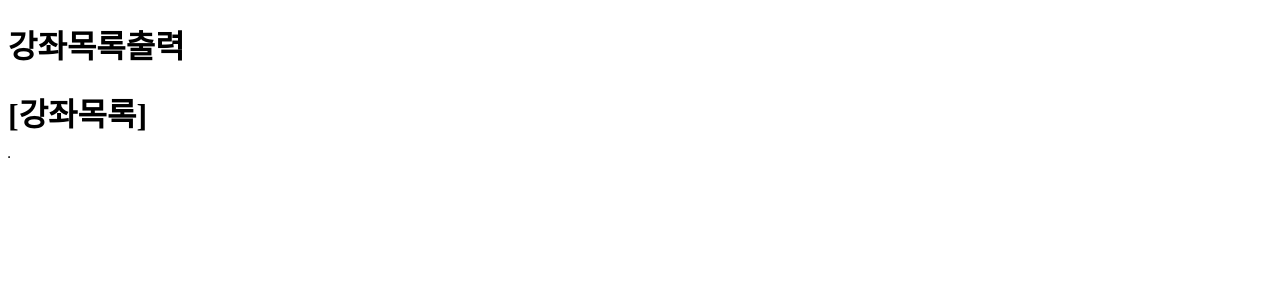
Repository: whwlsghkstm/html
Page: http://localhost/Ex0504/list.jsp
The author's editor kept a copy of each file at every save. The page is drawn from the files as they stood at one save, then again after the next save.
The browser window is 1280 px wide. The pictures show the whole page.
Some web libraries are served in a nearby version. The page is served by Tomcat 9. Queries for data that is not in the repository find no rows.

Above is the page before, as saved 2020-05-04 04:17:25.
Console error (its wording comes from the project's code and is left out).

After the next save:
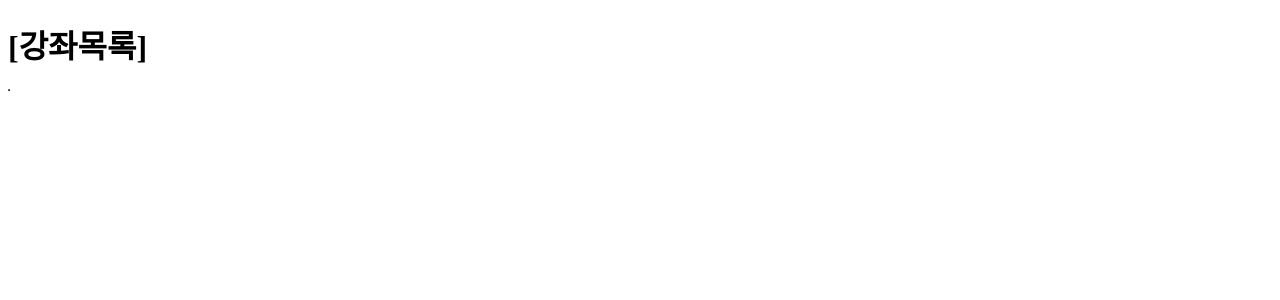
Saved 17 s later.
--- a/Ex0504/WebContent/list.jsp
+++ b/Ex0504/WebContent/list.jsp
@@ -9,8 +9,6 @@
 	<script src="https://cdnjs.cloudflare.com/ajax/libs/handlebars.js/3.0.1/handlebars.js"></script>
 </head>
 <body>
-	<h1>강좌목록출력</h1>
-
 	<h1>[강좌목록]</h1>
 
 	<table id="tab" border=1></table>
